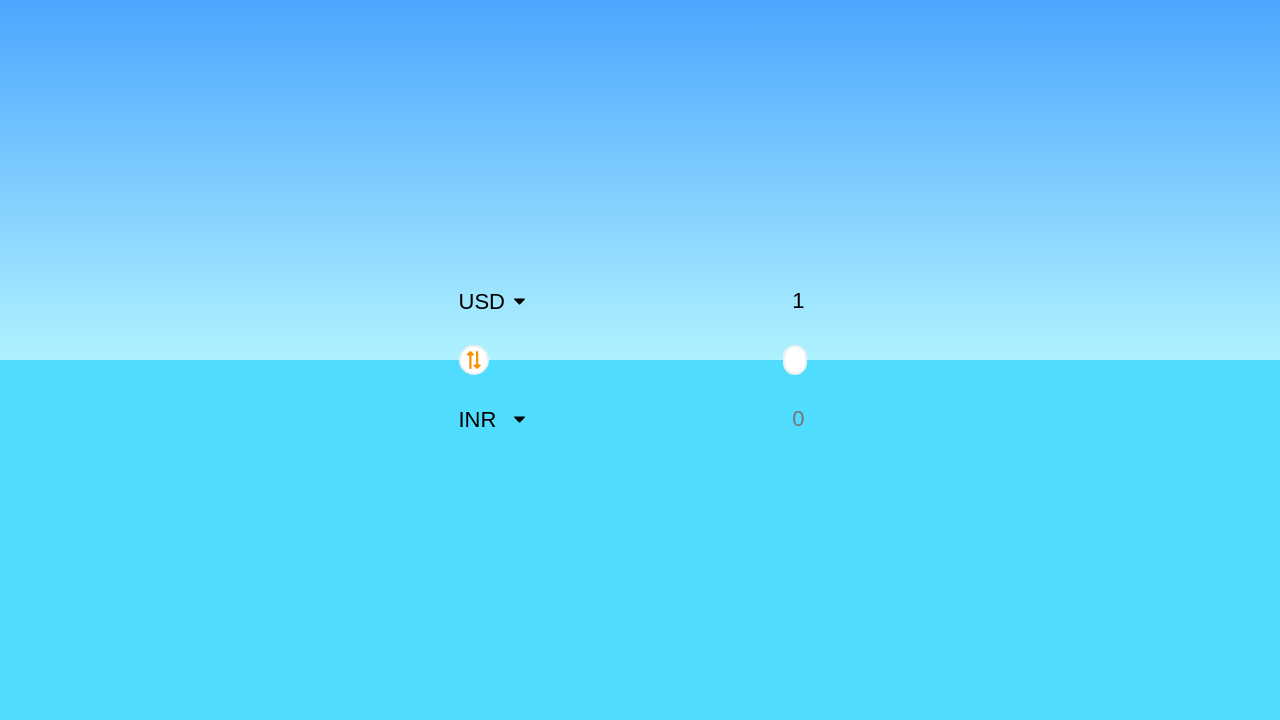
Repository: Sp4ngl3r/Currency-Converter
Page: currency.html
These files come from the project's save history. The page is drawn as it stood at one moment and after the next save; the edit follows.
The browser window is 1280 px wide. The pictures show the whole page.
Some web fonts or font styles are not loaded; a fallback is used. Some web libraries are served in a nearby version.

Above is the page before, as saved 2020-04-18 18:20:07.
Console error: TypeError: Cannot read properties of null (reading 'addEventListener')

After the next save:
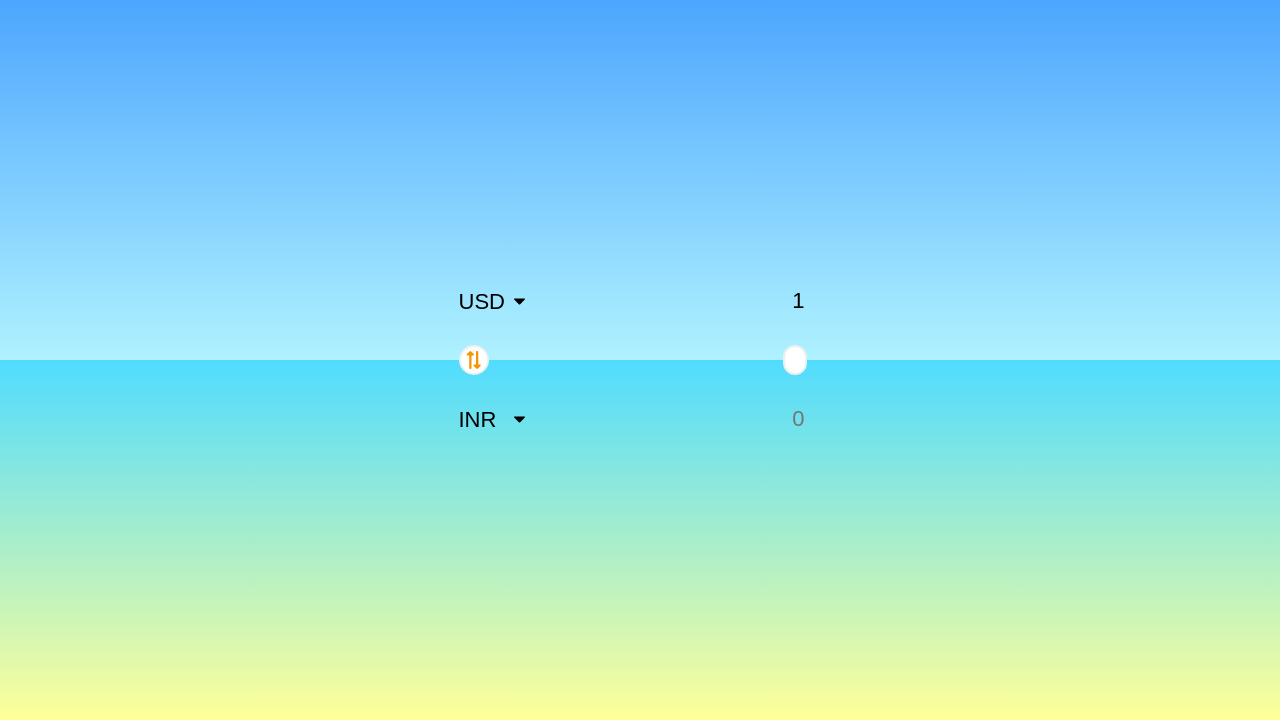
Saved 106 s later.
--- a/currency.css
+++ b/currency.css
@@ -8,7 +8,7 @@ body {
     #4da6ff 0%,
     #aff2ff 50%,
     #50dcff 50%,
-    #50dcff 100%
+    #ffff99 100%
   );
   font-family: "Muli", sans-serif;
   display: flex;
